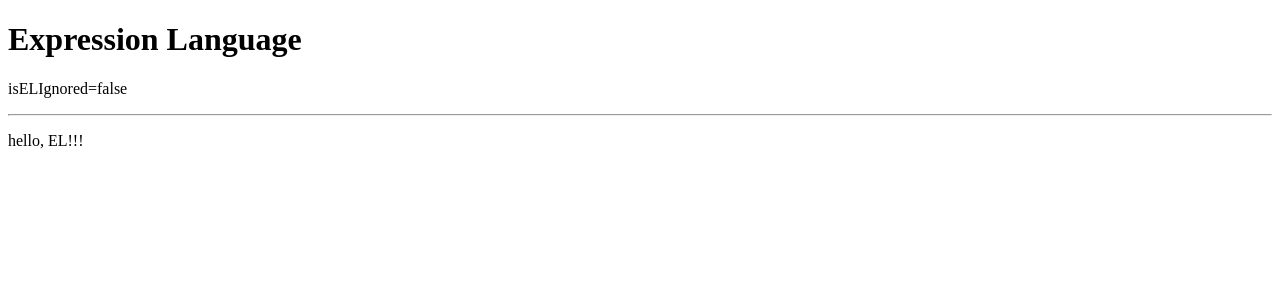
Repository: jsb5589/JAVAStudy
Page: http://localhost/JSP04/elTest5.jsp
An editor plug-in stored every save of this project. The page is shown before and after the next save, followed by the edit.
The browser window is 1280 px wide. The pictures show the whole page.
The page is served by Tomcat 9. Other server files are loaded and not shown.

Above is the page before, as saved 2021-08-12 05:50:53.

### EZWebs/JSP04/src/main/webapp/elTest5.jsp
<%@ page language="java" contentType="text/html; charset=UTF-8"
    pageEncoding="UTF-8"%>
<!DOCTYPE html>
<html>
<head>
<meta charset="UTF-8">
<title>Expression Language</title>
</head>
<body>
	<h1>Expression Language</h1>
	<p>isELIgnored=false</p>
	<hr>
	<p>
		${"hello, EL!!!"}
</body>
</html>

After the next save:
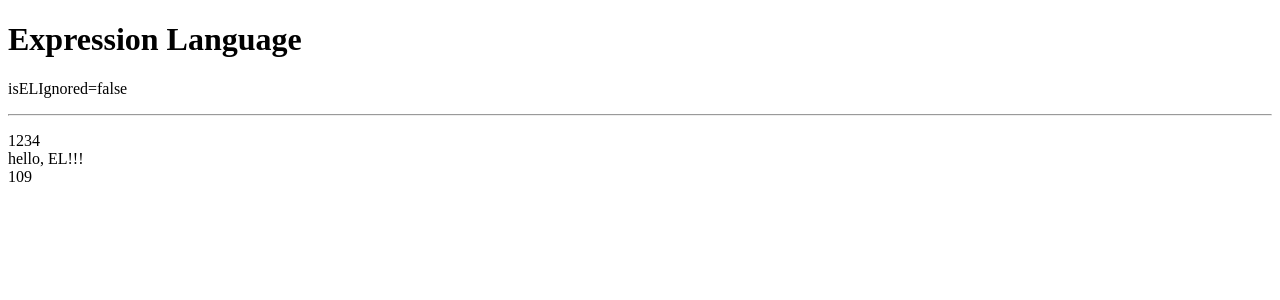
Saved 114 s later.
--- a/EZWebs/JSP04/src/main/webapp/elTest5.jsp
+++ b/EZWebs/JSP04/src/main/webapp/elTest5.jsp
@@ -11,6 +11,8 @@
 	<p>isELIgnored=false</p>
 	<hr>
 	<p>
-		${"hello, EL!!!"}
+		${1234} <br>
+		${"hello, EL!!!"} <br>
+		${10+99}
 </body>
 </html>
